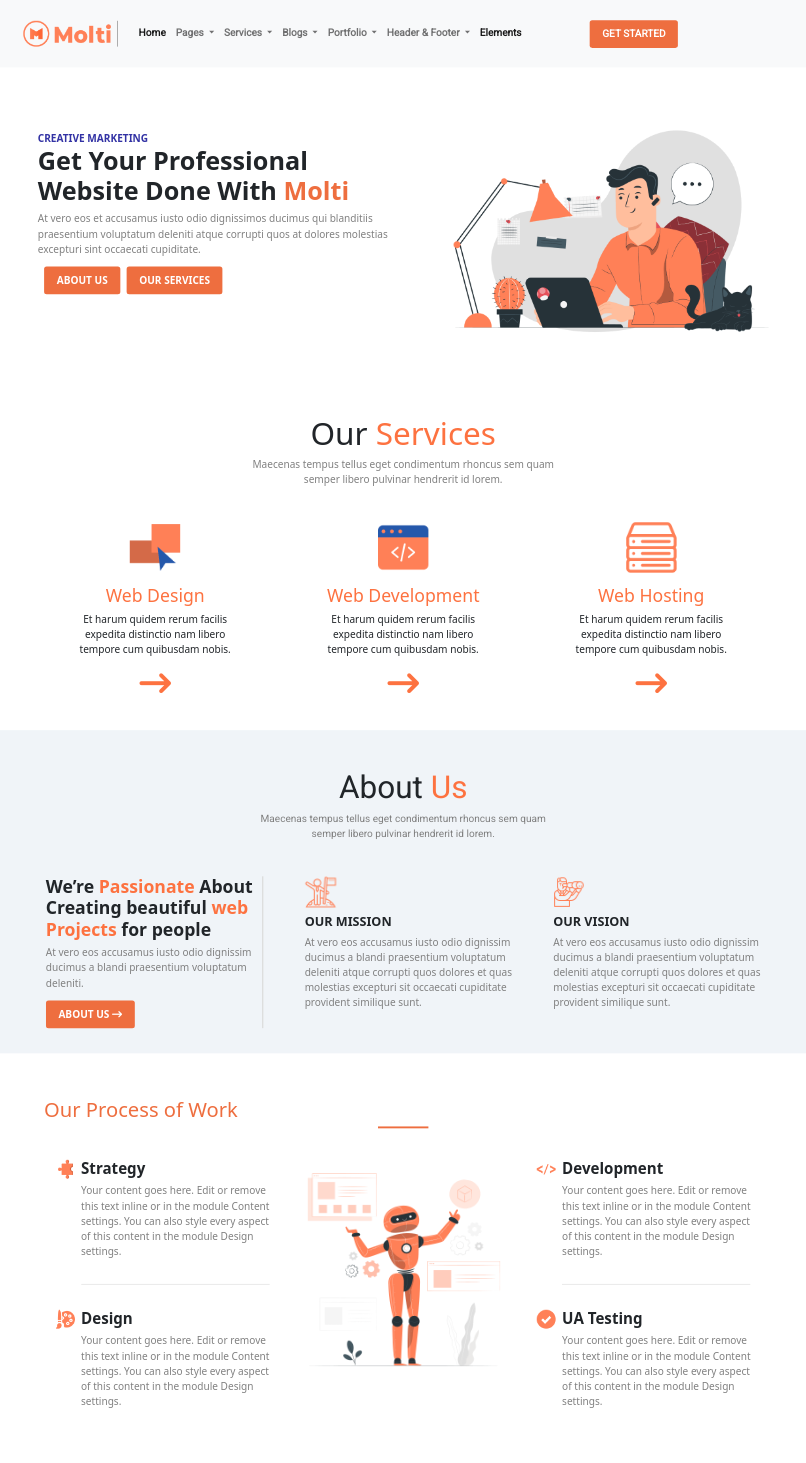
Repository: meherujjahan/Molti-website
Page: index.html
An editor plug-in stored every save of this project. The page is shown before and after the next save, followed by the edit.
The browser window is 1280 px wide. The pictures show the whole page, at 63% of full size.
Some web libraries are served in a nearby version.

Above is the page before, as saved 2022-03-08 19:57:02.

After the next save:
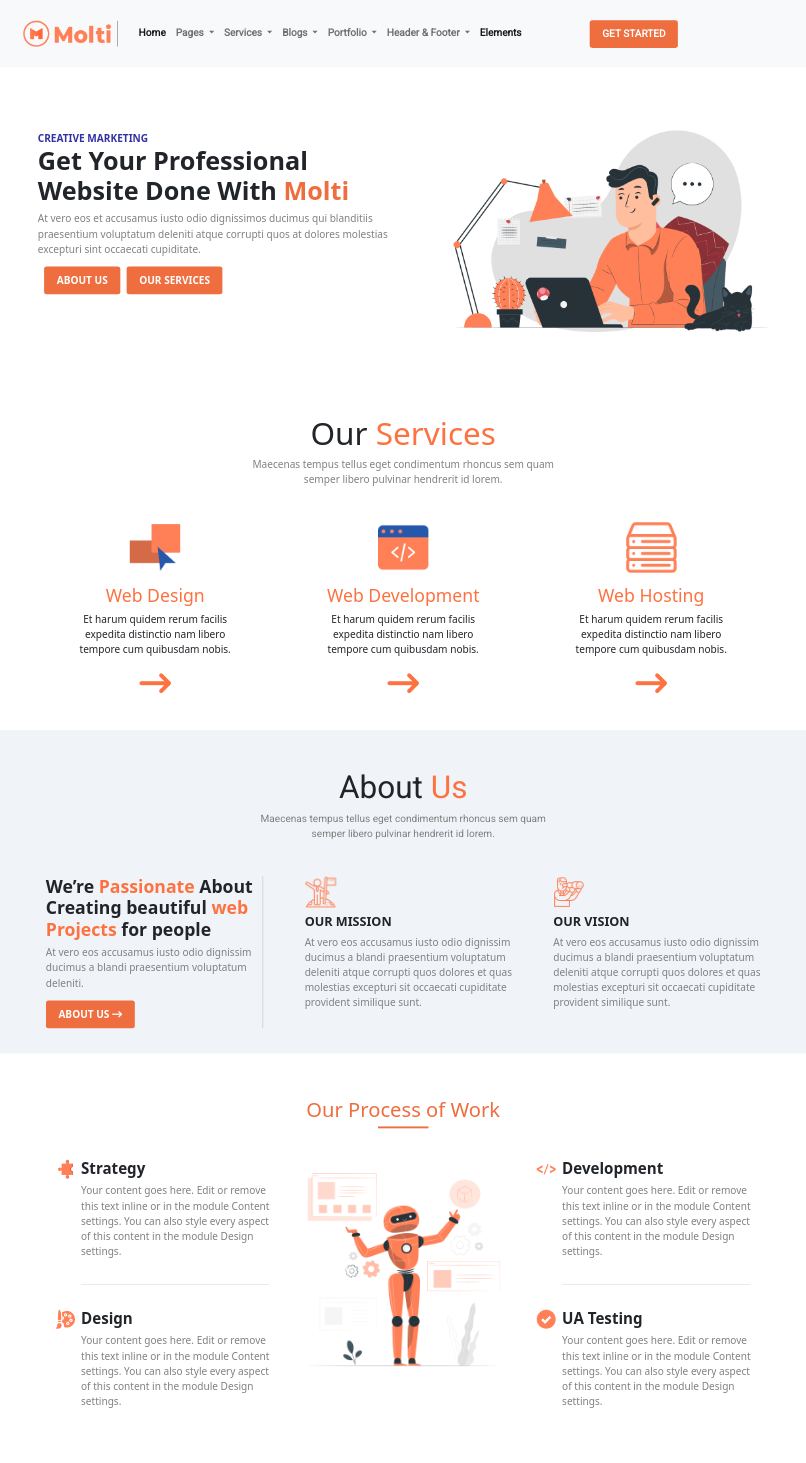
Saved 52 s later.
--- a/myStyle.css
+++ b/myStyle.css
@@ -183,17 +183,18 @@ about us section
 .icon2 {
   color: white;
 }
+
 /* --------------
 WORK PROCESS
 ----------------*/
+
 .work-process {
   margin: 50px;
   padding: 20px;
 }
-/* .workProcess-text {
-  border-bottom: 3px solid rgb(238, 110, 63);
-  width: 10px;
-} */
+.workProcess-text {
+  text-align: center;
+}
 .workProcess-text h2 {
   color: rgb(238, 110, 63);
 }
